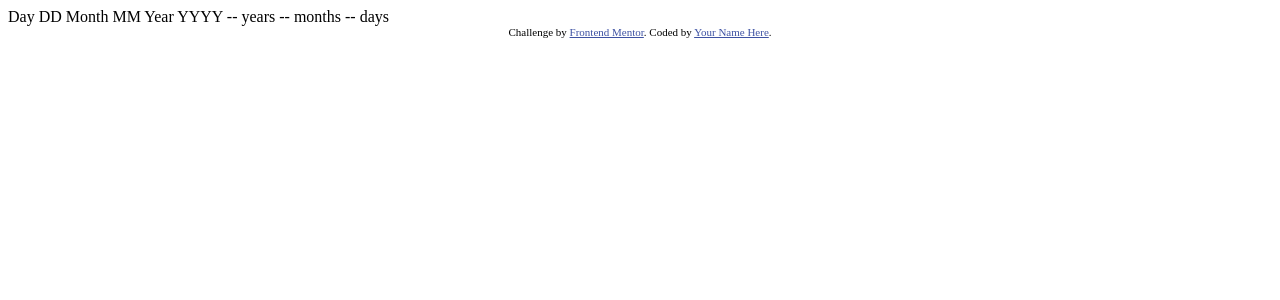
Repository: blordeus/age-calculator-app-main
Page: index.html
An editor plug-in stored every save of this project. The page is shown before and after the next save, followed by the edit.
The browser window is 1280 px wide. The pictures show the whole page.

Above is the page before, as saved 2023-08-25 19:29:43.

### index.html
<!DOCTYPE html>
<html lang="en">
<head>
  <meta charset="UTF-8">
  <meta name="viewport" content="width=device-width, initial-scale=1.0"> <!-- displays site properly based on user's device -->

  <link rel="icon" type="image/png" sizes="32x32" href="./assets/images/favicon-32x32.png">
  <link rel="stylesheet" href="style.css">
  <title>Frontend Mentor | Age calculator app</title>

  <!-- Feel free to remove these styles or customise in your own stylesheet 👍 -->
  <style>
    .attribution { font-size: 11px; text-align: center; }
    .attribution a { color: hsl(228, 45%, 44%); }
  </style>
</head>
<body>

  Day
  DD

  Month
  MM

  Year
  YYYY

  -- years
  -- months
  -- days

  <div class="attribution">
    Challenge by <a href="https://www.frontendmentor.io?ref=challenge" target="_blank">Frontend Mentor</a>.
    Coded by <a href="#">Your Name Here</a>.
  </div>
</body>
</html>

### style.css
  @import url('https://fonts.googleapis.com/css2?family=Manrope:wght@800&display=swap');

After the next save:
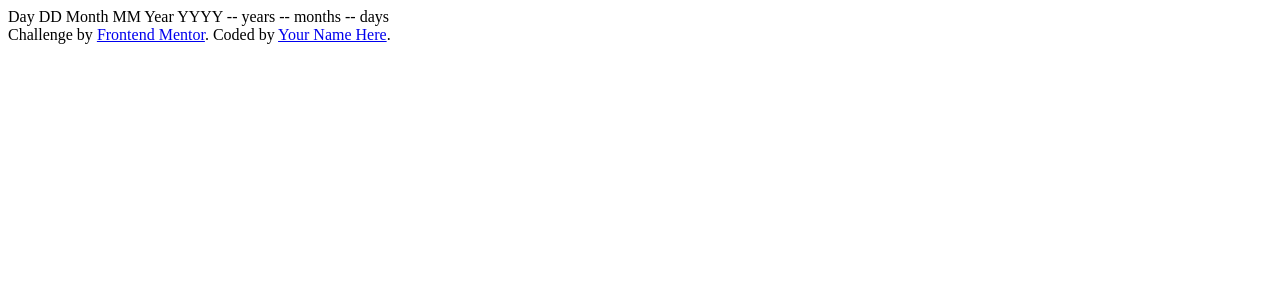
Saved 80 s later.
--- a/index.html
+++ b/index.html
@@ -10,8 +10,7 @@
 
   <!-- Feel free to remove these styles or customise in your own stylesheet 👍 -->
   <style>
-    .attribution { font-size: 11px; text-align: center; }
-    .attribution a { color: hsl(228, 45%, 44%); }
+
   </style>
 </head>
 <body>

After the save that followed:
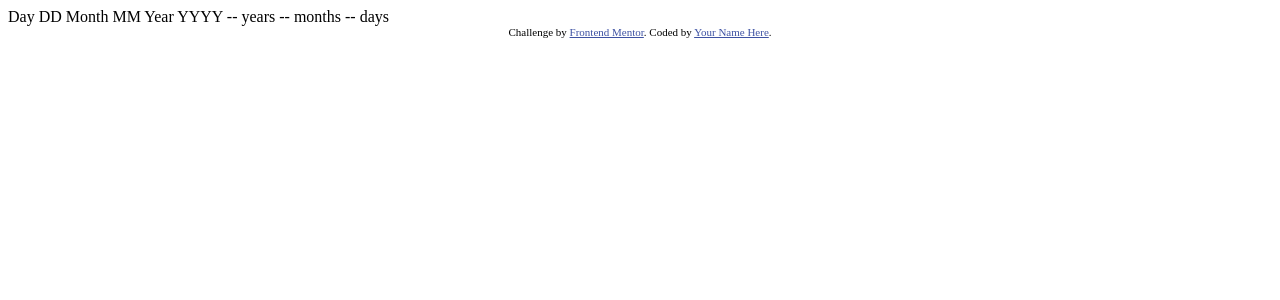
Saved 2 s later.
--- a/style.css
+++ b/style.css
@@ -1 +1,4 @@
   @import url('https://fonts.googleapis.com/css2?family=Manrope:wght@800&display=swap');
+
+  .attribution { font-size: 11px; text-align: center; }
+  .attribution a { color: hsl(228, 45%, 44%); }
